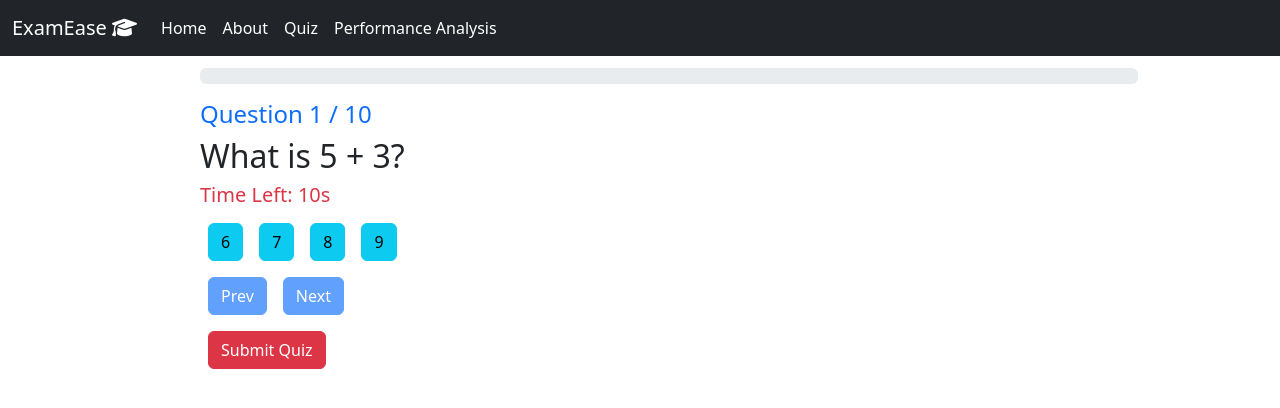
Repository: rahul-chakradhari/devquest
Page: /quiz (app in project/)
These files come from the project's save history. The page is drawn as it stood at one moment and after the next save; the edit follows.
The browser window is 1280 px wide. The pictures show the whole page.
The project was rebuilt for these pictures with package versions that can differ from the ones it lists, and the page was loaded fresh each time. Also part of the build but not shown: project/vite.config.js, project/src/components/Home.jsx, project/src/components/About.jsx, project/src/components/PerformanceAnalysis.jsx, project/src/index.css.

Above is the page before, as saved 2025-02-24 14:03:35.

After the next save:
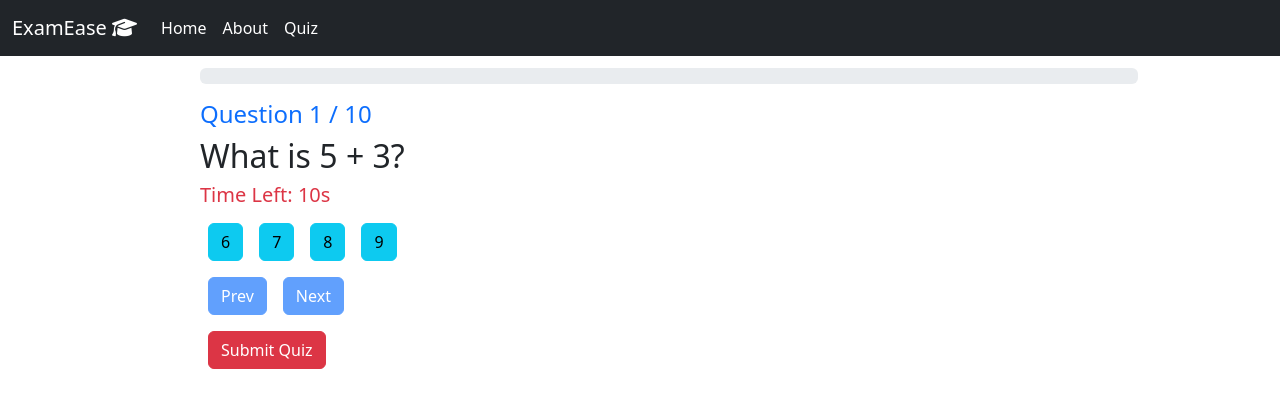
Saved 72 s later.
--- a/project/src/components/Navbar.jsx
+++ b/project/src/components/Navbar.jsx
@@ -36,12 +36,6 @@ const Navbar = () => {
                 Quiz
               </Link>
             </li>
-
-            <li className="nav-item">
-              <Link className="nav-link active" to="/performance-analysis">
-                Performance Analysis
-              </Link>
-            </li>
           </ul>
         </div>
       </div>
